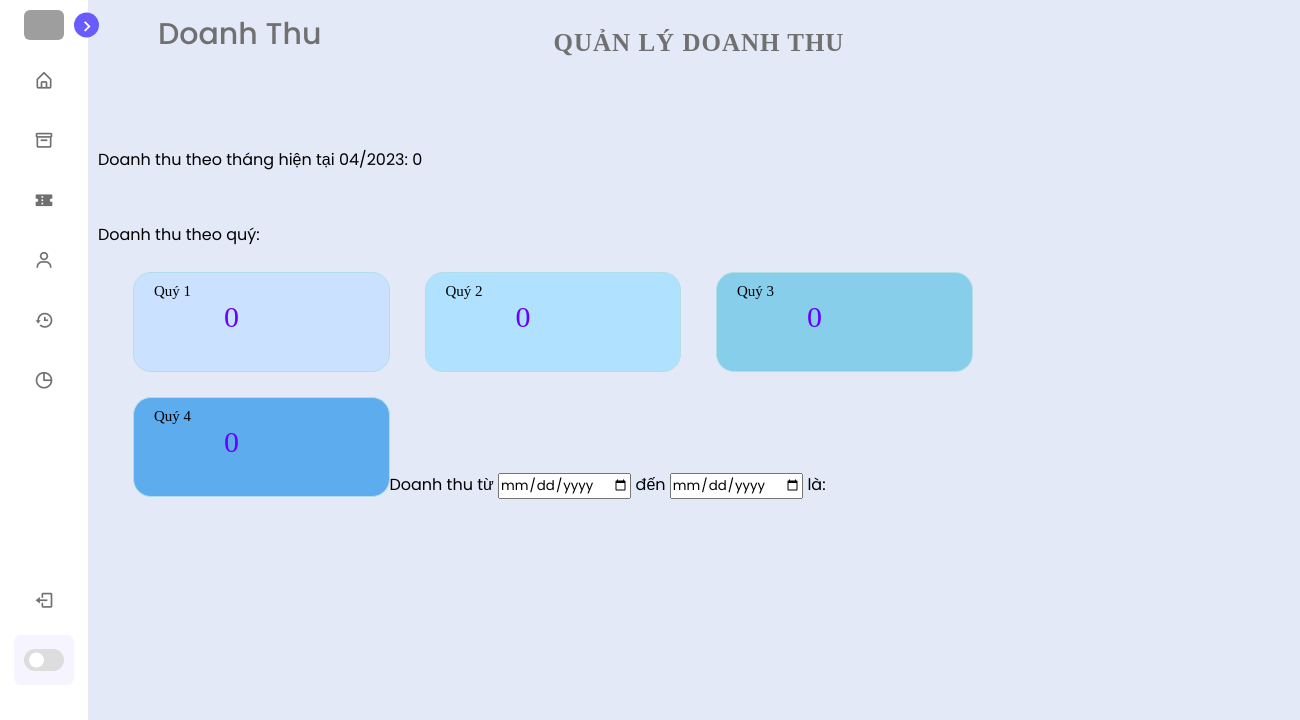
Repository: JeffDaveHudson/CapstoneProject
Page: http://localhost/CapstoneProject/revenue
The author's editor kept a copy of each file at every save. The page is drawn from the files as they stood at one save, then again after the next save.
The browser window is 1280 px wide. The page is 1300 px wide, so the pictures cover 1300 px, including what lies to the right of the window. The pictures show the whole page.
Pictures or frames that could not be fetched are drawn as grey boxes. The page is served by Tomcat 9. Queries for data that is not in the repository find no rows.

Above is the page before, as saved 2023-06-14 04:16:24.

After the next save:
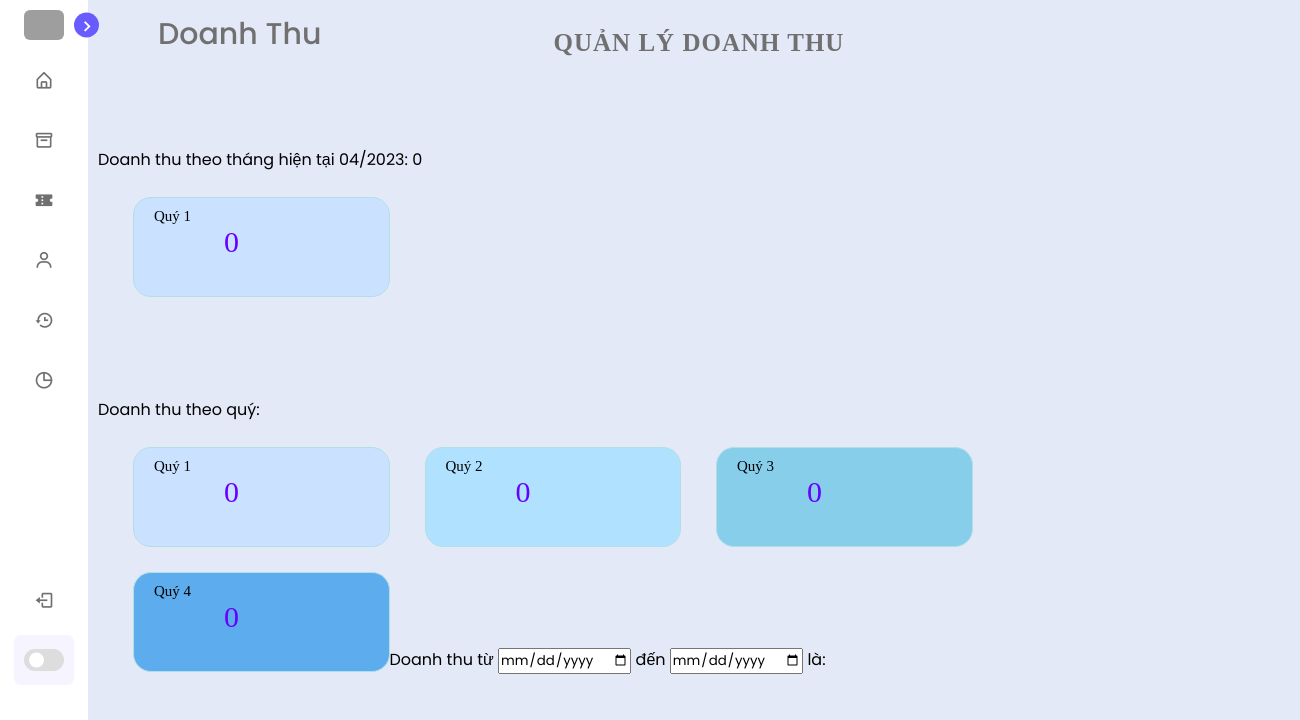
Saved 36 s later.
--- a/CapstoneProject/src/main/webapp/admin/Revenue.jsp
+++ b/CapstoneProject/src/main/webapp/admin/Revenue.jsp
@@ -66,7 +66,13 @@
 		 	LocalDateTime now = LocalDateTime.now();
 		 	String date = dtf.format(now).toString(); %>
         Doanh thu theo tháng hiện tại <%=date %>:   ${revenueByMonth }
+        <div class = "div1">
+        	<div class="div1-1" style="background-color: #CAE1FF">
+        		<div class="quarter">Quý 1</div>
+        		<div class="value">${quarter1 }</div>
+	        </div>
 
+        </div>
 
         <br> <br> <br>
 
